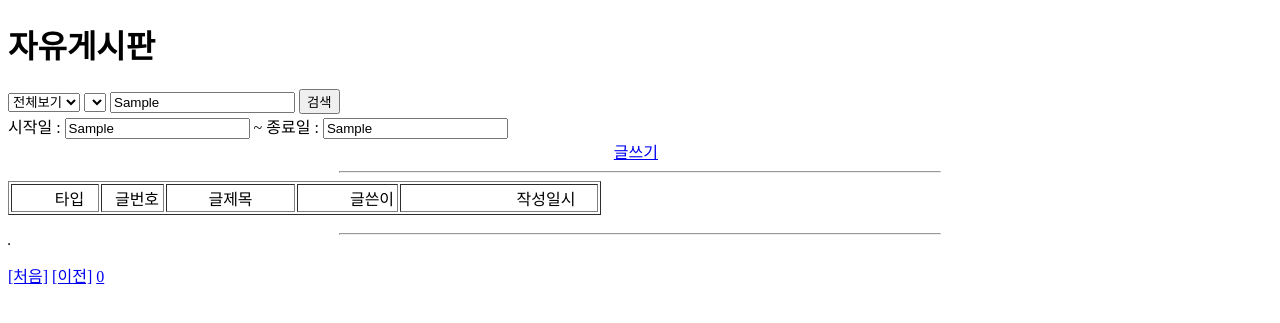
Repository: arcaorm00/seowoo_test
Page: http://localhost/mavenBoard/WEB-INF/view/freeBoard/freeBoardMain.jsp
The author's editor kept a copy of each file at every save. The page is drawn from the files as they stood at one save, then again after the next save.
The browser window is 1280 px wide. The pictures show the whole page.
Empty fields were first filled with sample values (such as "Sample", 5 or name@example.com).
After loading, the first visible `#searchBtn` was clicked once.
The page is served by Tomcat 9. Nobody is signed in. Other server files are loaded and not shown. The template is opened directly, without the code that normally fills it, so the values that code supplies are empty.

Above is the page before, as saved 2021-01-04 06:11:36.

### mavenBoard/WebContent/WEB-INF/view/freeBoard/freeBoardMain.jsp
<%@ page language="java" contentType="text/html; charset=UTF-8"
    pageEncoding="UTF-8"%>
<%@taglib uri="http://java.sun.com/jsp/jstl/core" prefix="c"%>
<!DOCTYPE html PUBLIC "-//W3C//DTD HTML 4.01 Transitional//EN" "http://www.w3.org/TR/html4/loose.dtd">
<html>
<head>
<meta http-equiv="Content-Type" content="text/html; charset=UTF-8">
<title>Insert title here</title>
<script src="https://code.jquery.com/jquery-1.12.4.min.js"></script>

<script type="text/javascript">

	// 검색
	function searchFunction(page){

		var regExIsNumeric = /^[0-9]+$/;
		var deleteBlank = / /gi;

		var searchSelect = $("#searchSelect").val();
		var searchKeyword = $("#searchKeyword").val().replace(deleteBlank, "");

		if(searchSelect == 'DCOM001' && !searchKeyword.replace(regExIsNumeric, "") == ""){
			alert("검색어를 확인해주세요.\n글번호 검색은 숫자만 가능합니다.");
			return;
		}

		// 날짜 검색
		var startDate = $("#startDate").val().replace(deleteBlank, "");
		var endDate = $("#endDate").val().replace(deleteBlank, "");

		console.log(startDate.replaceAll("/", "").replace(regExIsNumeric, ""));

		if(!startDate.replaceAll("/", "").replace(regExIsNumeric, "") == "" || !endDate.replaceAll("/", "").replace(regExIsNumeric, "") == ""){
			alert("날짜는 숫자로만 입력할 수 있습니다.");
			return;
		}
		if((startDate != "" && endDate == "") || (startDate == "" && endDate != "")){
			alert("시작일과 종료일 중 하나를 비워둘 수는 없습니다.");
			return;
		}
		if(parseInt(startDate.replaceAll("/", "")) > parseInt(endDate.replaceAll("/", ""))){
			alert("종료일이 시작일보다 이전 날짜가 될 수는 없습니다.");
			return;
		}

		var searchJson = {searchField: searchSelect, keyword: searchKeyword, startDate: startDate, endDate: endDate, page: page};
		console.log(searchJson);

		$.ajax({
			data: searchJson,
			contentType: 'application/json;charset=UTF-8',
			url: "./mainSearch.ino",
			success: function(data){
				console.log(data);
				var list = data.list;
				var pagination = data.page;

				console.log(pagination);

				$("#boardTable").empty();

				var tbody = $("<tbody></tbody>");

				if(list.length > 0){
					for (var i = 0; i < list.length; i++) {
						var board = list[i];
						var tr = $("<tr></tr>");
						var type = $("<td style='width: 55px; padding-left: 30px;' align='center'></td>").html(board.codeType);
						var num = $("<td style='width: 50px; padding-left: 10px;' align='center'></td>").html(board.num);
						var link = $("<a href='./freeBoardDetail.ino?num="+board.num+"'></a>").text(board.title);
						var title = $("<td style='width: 125px;' align='left'></td>");
						title.append(link);
						var name = $("<td style='width: 48px; padding-left: 50px;' align='center'></td>").html(board.name);
						var regdate = $("<td style='width: 100px; padding-left: 95px;' align='center'></td>").html(board.regdate);
						tr.append(type, num, title, name, regdate);
						tbody.append(tr);
					}
				}else{
					var h4 = $("<h4 style='padding: 20px'></h4>").html("검색어에 해당하는 결과가 존재하지 않습니다.");
					var button = $("<button>목록으로</button>").attr("onClick", "location.href='./main.ino'");
					tbody.append(h4, button);
				}

				$("#boardTable").append(tbody);
				searchPagination(pagination);
				history.pushState('', null, '?searchField=' + searchSelect + "&keyword=" + searchKeyword + "&startDate=" + startDate + "&endDate=" + endDate + "&page=" + page);
			},
			error: function(request, status, error){
				console.log(status);
				console.log(error);
			}
		});
	}

	// 페이징
	function searchPagination(page){

		$("#paginationDiv").empty();

		var alpha = $("<span><a href='#' onClick='searchFunction(1);'>[처음]</a></span>");
		var prev = $("<span><a href='#' onClick='searchFunction(" + page.prevPage + ");'>[이전]</a></span>");
		var next = $("<span><a href='#' onClick='searchFunction(" + page.nextPage +");'>[다음]</a></span>");
		var omega = $("<span><a href='#' onClick='searchFunction(" + page.totalPage +");'>[끝]</a></span>");
		// var alpha = $("<span><a href='./main.ino?page=1'>[처음]</a></span>");
		// var prev = $("<span><a href='./main.ino?page=" + page.prevPage + "'>[이전]</a></span>");
		// var next = $("<span><a href='./main.ino?page=" + page.nextPage + "'>[다음]</a></span>");
		// var omega = $("<span><a href='./main.ino?page=" + page.totalBlock + "'>[끝]</a></span>");

		if(page.currentPage != 1){
			$("#paginationDiv").append(alpha, prev);
		}

		for (var pageNum = page.startBlock; pageNum <= page.endBlock; pageNum++){
			var span;
			if (pageNum == page.currentPage){
				span = $("<span style='color: red;'>" + pageNum + " </span>");
			}else{
				span = $("<span><a href='#' onClick='searchFunction(" + pageNum + ");'>" + pageNum + "</a> </span>");
			}
			$("#paginationDiv").append(span);
		}

		if(page.currentPage != page.totalPage && page.totalPage > 0){
			$("#paginationDiv").append(next);
		}
		if(page.currentPage != page.totalPage && page.totalPage > 0){
			$("#paginationDiv").append(omega);
		}
	}

	function textAutocomplete(event, date){
		var len = date.value.length;

		if(len == 4){ date.value += "/"; }
		if(len == 7){ date.value += "/"; }
	}

	$(function(){
		$("#searchKeyword").keypress(function(event){
			if(event.keyCode == 13){
				searchFunction(1);
			}
		})
	})
</script>
</head>
<body>

	<div>
		<h1>자유게시판</h1>
	</div>

	<div>
		<select id="searchSelect">
			<option value="">전체보기</option>
			<c:forEach var="nRow" items="${ searchList }">
				<option value="${ nRow.DECODE }" <c:if test="${ searchField eq nRow.DECODE }">selected</c:if>>${ nRow.DECODE_NAME }</option>
			</c:forEach>
		</select>
		<select id="yearSelect">
			<c:forEach var="nRow" items="${ yearList }">
				<option value="${ nRow.DECODE }" <c:if test="${ searchField eq nRow.DECODE }">selected</c:if>>${ nRow.DECODE_NAME }</option>
			</c:forEach>
		</select>
		<input type="text" id="searchKeyword" value="${ keyword }"/>
		<button type="button" id="searchBtn" name="searchBtn" onClick="searchFunction(1);">검색</button>
	</div>

	<div>
		시작일 : <input type="text" id="startDate" name="startDate" maxlength="10" onkeypress="textAutocomplete(event, this);" value="${ startDate }"/> ~
		종료일 : <input type="text" id="endDate" name="endDate" maxlength="10" onkeypress="textAutocomplete(event, this);" value="${ endDate }"/>
	</div>

	<div style="width:650px;" align="right">
		<a href="./freeBoardInsert.ino">글쓰기</a>
	</div>
	<hr style="width: 600px;">
	<div style="padding-bottom: 10px;">
		<table border="1">
			<thead>
				<tr>
					<td style="width: 55px; padding-left: 30px;" align="center">타입</td>
					<td style="width: 50px; padding-left: 10px;" align="center">글번호</td>
					<td style="width: 125px;" align="center">글제목</td>
					<td style="width: 48px; padding-left: 50px;" align="center">글쓴이</td>
					<td style="width: 100px; padding-left: 95px;" align="center">작성일시</td>
				</tr>
			</thead>
		</table>
	</div>
	<hr style="width: 600px;">

	<div id="boardDiv">
		<table id="boardTable" border="1">
			<tbody>
					<c:forEach var="dto" items="${ freeBoardList }">
					<tr>
						<td style="width: 55px; padding-left: 30px;" align="center">${ dto.codeType }</td>
						<td style="width: 50px; padding-left: 10px;" align="center">${ dto.num }</td>
						<td style="width: 125px;" align="left"><a href="./freeBoardDetail.ino?num=${ dto.num }">${ dto.title }</a></td>
						<td style="width: 48px; padding-left: 50px;" align="center">${ dto.name }</td>
						<td style="width: 100px; padding-left: 95px;" align="center">${ dto.regdate }</td>
					<tr>
					</c:forEach>
			</tbody>
		</table>
	</div>

	<br>

	<div id="paginationDiv">
		<c:if test="${ pagination.currentPage != 1 }">
			<span><a href="#" onClick="searchFunction(1);">[처음]</a></span>
		</c:if>
		<c:if test="${ pagination.currentPage != 1 }">
			<span><a href="#" onClick="searchFunction(${ pagination.prevPage });">[이전]</a></span>
		</c:if>

		<c:forEach var="pageNum" begin="${ pagination.startBlock }" end="${ pagination.endBlock }">
			<c:choose>
				<c:when test="${ pageNum == pagination.currentPage }">
					<span style="color: red;">${ pageNum }</span>
				</c:when>
				<c:otherwise>
					<span><a href="#" onClick="searchFunction(${ pageNum });">${ pageNum }</a></span>
				</c:otherwise>
			</c:choose>
		</c:forEach>

		<c:if test="${ pagination.currentPage != pagination.totalPage && pagination.totalPage > 0 }">
			<span><a href="#" onClick="searchFunction(${ pagination.nextPage });">[다음]</a></span>
		</c:if>
		<c:if test="${ pagination.currentPage != pagination.totalBlock && pagination.totalBlock > 0 }">
			<span><a href="#" onClick="searchFunction(${ pagination.totalBlock });">[끝]</a></span>
		</c:if>
	</div>

</body>
</html>

After the next save:
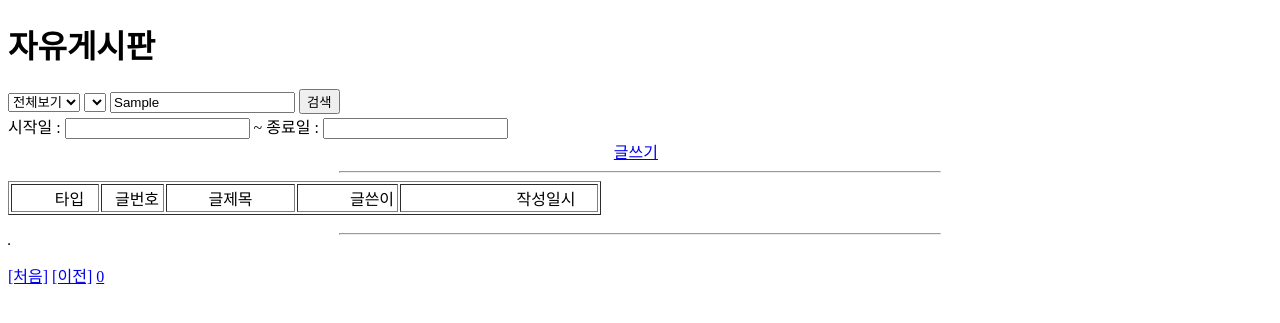
Saved 29 s later.
--- a/mavenBoard/WebContent/WEB-INF/view/freeBoard/freeBoardMain.jsp
+++ b/mavenBoard/WebContent/WEB-INF/view/freeBoard/freeBoardMain.jsp
@@ -32,6 +32,8 @@
 
 		if(!startDate.replaceAll("/", "").replace(regExIsNumeric, "") == "" || !endDate.replaceAll("/", "").replace(regExIsNumeric, "") == ""){
 			alert("날짜는 숫자로만 입력할 수 있습니다.");
+			$("#startDate").val("");
+			$("#endDate").val("");
 			return;
 		}
 		if((startDate != "" && endDate == "") || (startDate == "" && endDate != "")){
